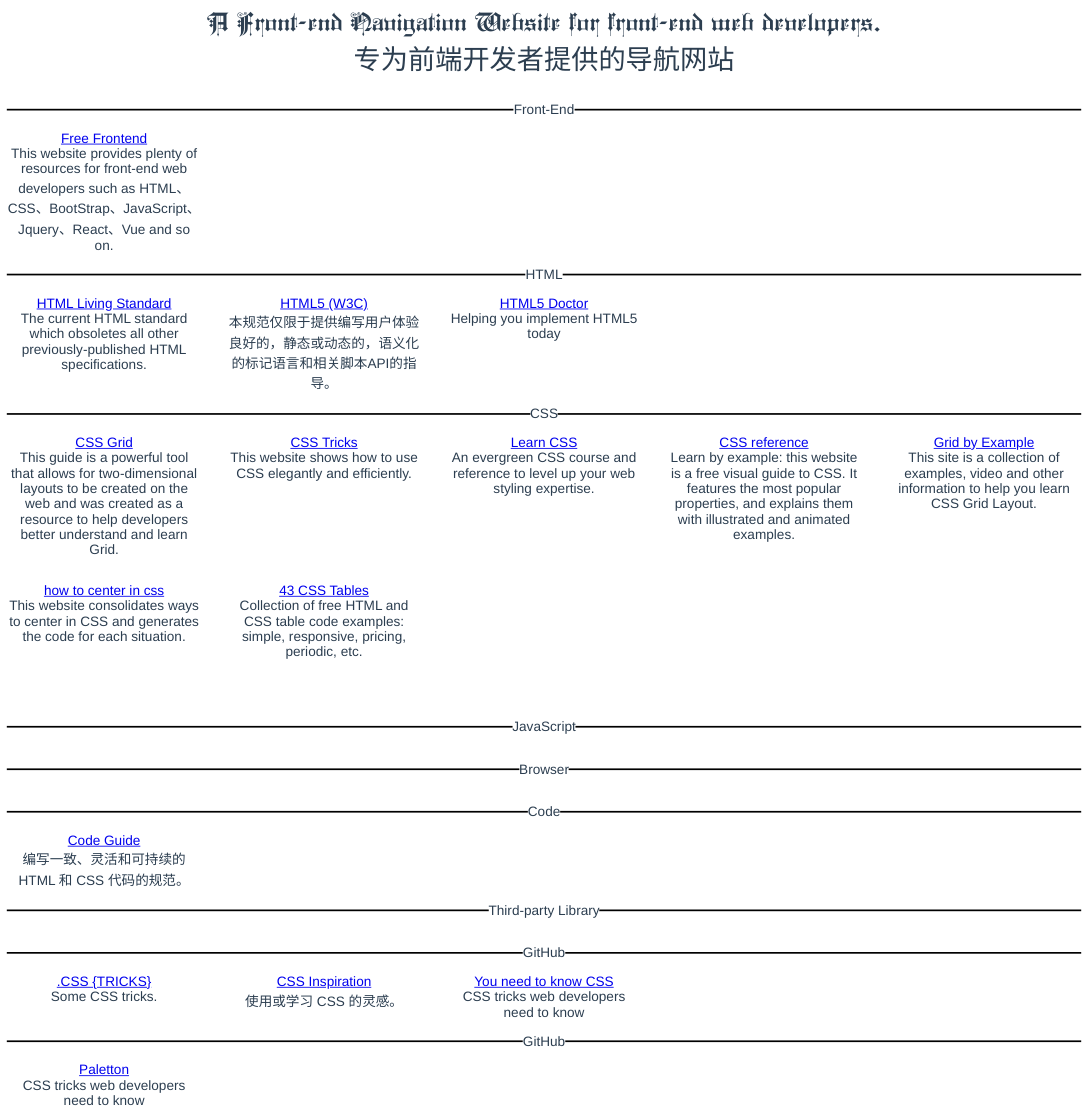
Repository: 321paranoiawhy/fenav.io
Page: /
The author's editor kept a copy of each file at every save. The page is drawn from the files as they stood at one save, then again after a run of saves.
The browser window is 1280 px wide. The pictures show the whole page, at 85% of full size.
The project was rebuilt for these pictures with package versions that can differ from the ones it lists, and the page was loaded fresh each time. Also part of the build but not shown: vue.config.js.

Above is the page before, as saved 2022-04-06 01:00:32.

### src/views/HomeView.vue
<template>
    <div class="englishTitle">
        A Front-end Navigation Website for front-end web developers.
    </div>
    <div class="chineseTitle">专为前端开发者提供的导航网站</div>
    <!--  -->
    <p class="divider">Front-End</p>
    <div id="frontend" class="main">
        <div class="card">
            <a class="url" href="https://freefrontend.com/"
                >Free Frontend</a
            >
            <div class="description">
                This website provides plenty of resources for front-end web developers such as HTML、CSS、BootStrap、JavaScript、Jquery、React、Vue and so on.
            </div>
        </div>
    </div>
    <!-- HTML -->
    <p class="divider">HTML</p>
    <div id="HTML" class="main">
        <div class="card">
            <a class="url" href="https://html.spec.whatwg.org/"
                >HTML Living Standard</a
            >
            <div class="description">
                The current HTML standard which obsoletes all other
                previously-published HTML specifications.
            </div>
        </div>
        <div class="card">
            <a class="url" href="https://www.w3.org/html/ig/zh/wiki/HTML5"
                >HTML5 (W3C)</a
            >
            <div class="description">
                本规范仅限于提供编写用户体验良好的，静态或动态的，语义化的标记语言和相关脚本API的指导。
            </div>
        </div>
        <div class="card">
            <a class="url" href="http://html5doctor.com/">HTML5 Doctor</a>
            <div class="description">Helping you implement HTML5 today</div>
        </div>
    </div>
    <!-- CSS -->
    <p class="divider">CSS</p>
    <div id="CSS" class="main">
        <div id="grid" class="card">
            <a class="url" href="https://learncssgrid.com/">CSS Grid</a>
            <div class="description">
                This guide is a powerful tool that allows for two-dimensional
                layouts to be created on the web and was created as a resource
                to help developers better understand and learn Grid.
            </div>
        </div>
        <div id="tricks" class="card">
            <a class="url" href="https://css-tricks.com/">CSS Tricks</a>
            <div class="description">
                This website shows how to use CSS elegantly and efficiently.
            </div>
        </div>
        <div id="learn" class="card">
            <a class="url" href="https://web.dev/learn/css/">Learn CSS</a>
            <div class="description">
                An evergreen CSS course and reference to level up your web
                styling expertise.
            </div>
        </div>
        <div id="reference" class="card">
            <a class="url" href="https://cssreference.io/">CSS reference</a>
            <div class="description">
                Learn by example: this website is a free visual guide to CSS. It
                features the most popular properties, and explains them with
                illustrated and animated examples.
            </div>
        </div>
        <div id="grid" class="card">
            <a class="url" href="https://gridbyexample.com/">Grid by Example</a>
            <div class="description">
                This site is a collection of examples, video and other
                information to help you learn CSS Grid Layout.
            </div>
        </div>
        <div id="center in css" class="card">
            <a class="url" href="http://howtocenterincss.com/"
                >how to center in css</a
            >
            <div class="description">
                This website consolidates ways to center in CSS and generates
                the code for each situation.
            </div>
        </div>
        <div id="table" class="card">
            <a
                class="url"
                href="https://freefrontend.com/css-tables/#pricing-tables"
                >43 CSS Tables</a
            >
            <div class="description">
                Collection of free HTML and CSS table code examples: simple,
                responsive, pricing, periodic, etc.
            </div>
        </div>
    </div>
    <!-- JavaScript -->
    <p class="divider">JavaScript</p>
    <div id="JavaScript" class="main"></div>
    <!-- Browser -->
    <p class="divider">Browser</p>
    <div id="Browser" class="main"></div>
    <!-- Code -->
    <p class="divider">Code</p>
    <div id="Code" class="main">
        <div class="card">
            <a class="url" href="https://codeguide.bootcss.com/">Code Guide</a>
            <div class="description">
                编写一致、灵活和可持续的 HTML 和 CSS 代码的规范。
            </div>
        </div>
    </div>
    <!-- Third-party Library -->
    <p class="divider">Third-party Library</p>
    <div id="Code" class="main"></div>
    <!-- GitHub -->
    <p class="divider">GitHub</p>
    <div id="GitHub" class="main">
        <div id="tricks" class="card">
            <a class="url" href="https://github.com/QiShaoXuan/css_tricks"
                >.CSS {TRICKS}</a
            >
            <div class="description">Some CSS tricks.</div>
        </div>
        <div id="Inspiration" class="card">
            <a class="url" href="https://github.com/chokcoco/CSS-Inspiration"
                >CSS Inspiration</a
            >
            <div class="description">使用或学习 CSS 的灵感。</div>
        </div>
        <div id="" class="card">
            <a
                class="url"
                href="https://github.com/l-hammer/You-need-to-know-css"
                >You need to know CSS</a
            >
            <div class="description">
                CSS tricks web developers need to know
            </div>
        </div>
    </div>
    <!-- Color -->
    <p class="divider">GitHub</p>
    <div id="Code" class="main">
        <div id="" class="card">
            <a
                class="url"
                href="https://paletton.com/#uid=1000u0kllllaFw0g0qFqFg0w0aF"
                >Paletton</a
            >
            <div class="description">
                CSS tricks web developers need to know
            </div>
        </div>
    </div>
</template>

<script>
// @ is an alias to /src
export default {
    name: "Home",
    components: {},
};
</script>

<style scoped lang="scss">
@font-face {
    font-family: KingsCross;
    src: url(/public/fonts/KingsCross.ttf);
}
@font-face {
    font-family: NotoSansSC-Regular;
    src: url(/public/fonts/NotoSansSC-Regular.otf);
}
.englishTitle {
    font-family: KingsCross;
    font-size: 32px;
}
.chineseTitle {
    font-family: NotoSanSC-Regular;
    font-size: 32px;
    margin-bottom: 30px;
}
.main {
    display: grid;
    grid-template-columns: repeat(5, 1fr);
    grid-auto-rows: 1fr;
    grid-gap: 30px;
}
// 水平分割线 中间带文字
p {
    display: flex;
}
p:before,
p:after {
    content: "";
    flex: 1 1 0;
    border-bottom: 2px solid #000;
    margin: auto;
}
</style>

Loaded but not shown: public/index.html (common file); src/main.js (common file); src/App.vue (common file); src/router/index.js (common file); src/store/index.js (common file)

After the next 2 saves:
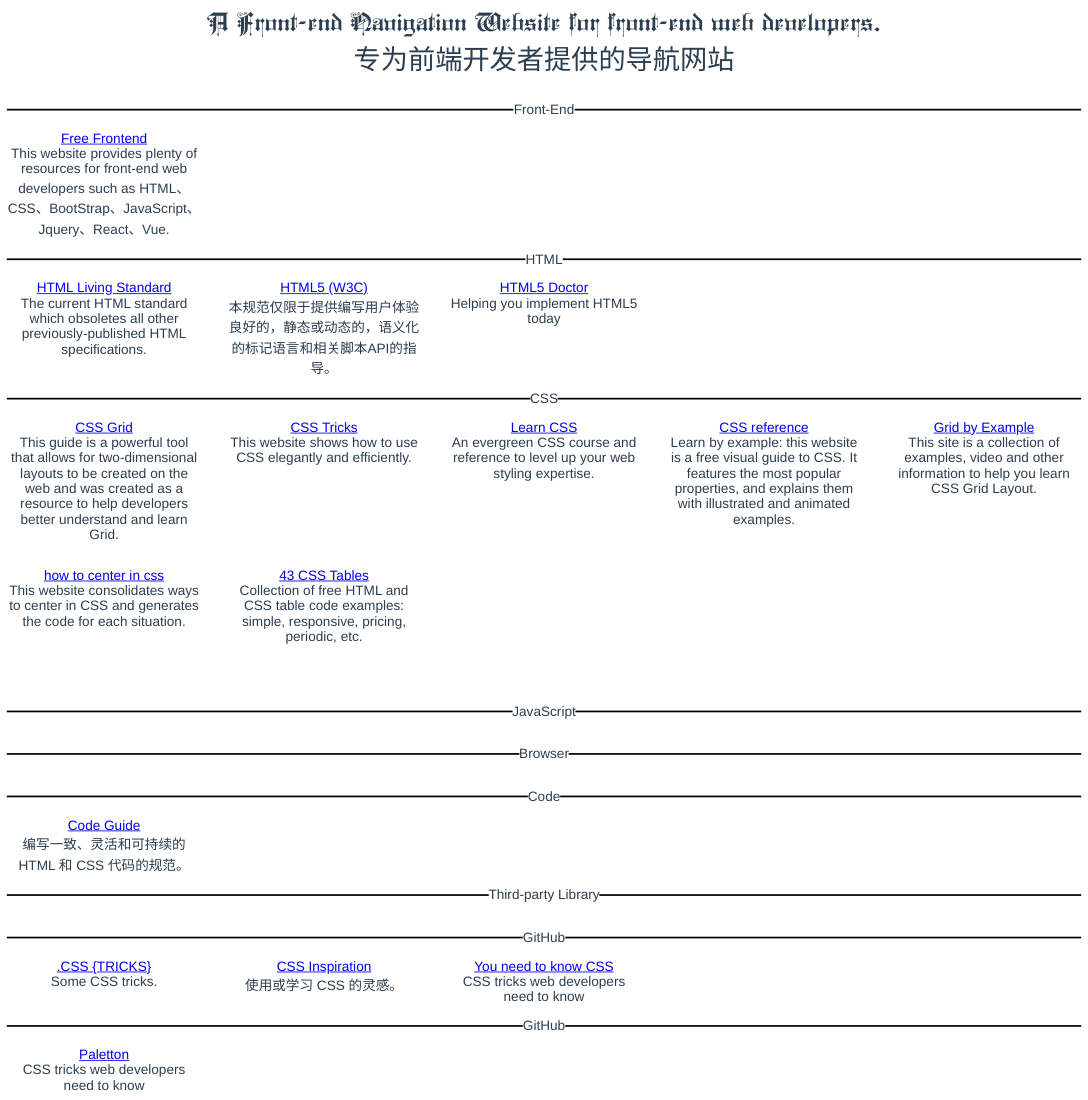
The 2 saves are shown as one change because they came seconds apart.
The last was saved 16 s later.
--- a/src/views/HomeView.vue
+++ b/src/views/HomeView.vue
@@ -11,7 +11,7 @@
                 >Free Frontend</a
             >
             <div class="description">
-                This website provides plenty of resources for front-end web developers such as HTML、CSS、BootStrap、JavaScript、Jquery、React、Vue and so on.
+                This website provides plenty of resources for front-end web developers such as HTML、CSS、BootStrap、JavaScript、Jquery、React、Vue.
             </div>
         </div>
     </div>
